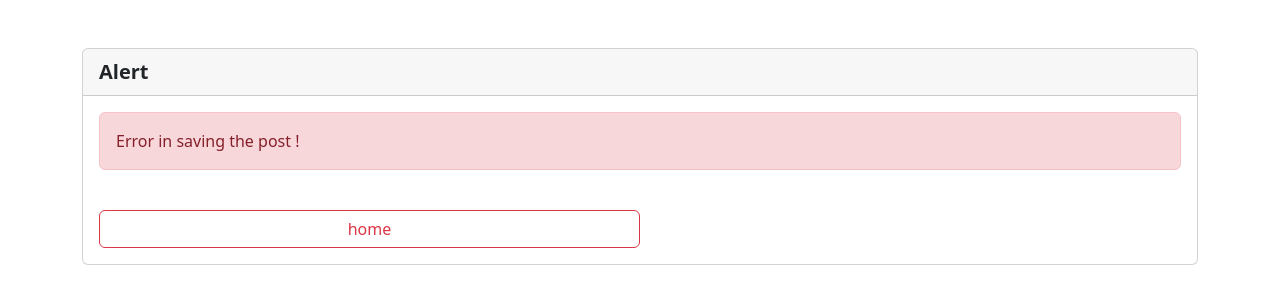
Repository: codewithajaythomas/iNeuron-Assignment
Page: http://localhost/JavaFinalProject-Q17/alert.jsp
These files come from the project's save history. The page is drawn as it stood at one moment and after the next save; the edit follows.
The browser window is 1280 px wide. The pictures show the whole page.
The page is served by Tomcat 9. Other server files are loaded and not shown.

Above is the page before, as saved 2023-05-30 14:51:54.

### JavaFinalProject-Q17/WebContent/alert.jsp
<%@ page language="java" contentType="text/html; charset=ISO-8859-1"
    pageEncoding="ISO-8859-1"%>
<%@ taglib uri="http://java.sun.com/jsp/jstl/core" prefix='c'%>
<!DOCTYPE html>
<html>
<head>
<meta charset="ISO-8859-1">
<title>Alert</title>
<link
      href="https://cdn.jsdelivr.net/npm/bootstrap@5.2.3/dist/css/bootstrap.min.css"
      rel="stylesheet"
      integrity="sha384-rbsA2VBKQhggwzxH7pPCaAqO46MgnOM80zW1RWuH61DGLwZJEdK2Kadq2F9CUG65"
      crossorigin="anonymous"
    />
</head>
<body>
 <div class="container">
      <div class="card mt-5">
        <div class="card-header fw-semibold fs-5">Alert</div>
        <div class="card-body">
        <c:choose>
		    <c:when test="${msg == 'success'}">
		       <div class="alert alert-success" role="alert">
            	 Successfully posted !
          		</div>
		        <br />
		    </c:when>
		    <c:otherwise>
		        <div class="alert alert-danger" role="alert">
            	 Error in saving the post !
          		</div>
		        <br />
		    </c:otherwise>
		</c:choose>

          <a class="btn btn-outline-danger w-50" href="./" role="button">
            home</a
          >
        </div>
      </div>
    </div>
    <script
      src="https://cdn.jsdelivr.net/npm/@popperjs/core@2.11.6/dist/umd/popper.min.js"
      integrity="sha384-oBqDVmMz9ATKxIep9tiCxS/Z9fNfEXiDAYTujMAeBAsjFuCZSmKbSSUnQlmh/jp3"
      crossorigin="anonymous"
    ></script>
    <script
      src="https://cdn.jsdelivr.net/npm/bootstrap@5.2.3/dist/js/bootstrap.min.js"
      integrity="sha384-cuYeSxntonz0PPNlHhBs68uyIAVpIIOZZ5JqeqvYYIcEL727kskC66kF92t6Xl2V"
      crossorigin="anonymous"
    ></script>
  </body>
</body>
</html>

After the next save:
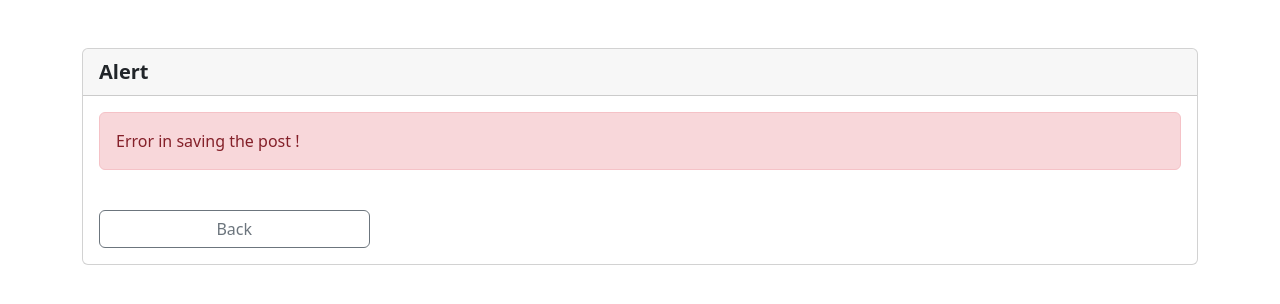
Saved 4 min 19 s later.
--- a/JavaFinalProject-Q17/WebContent/alert.jsp
+++ b/JavaFinalProject-Q17/WebContent/alert.jsp
@@ -32,10 +32,7 @@
 		        <br />
 		    </c:otherwise>
 		</c:choose>
-
-          <a class="btn btn-outline-danger w-50" href="./" role="button">
-            home</a
-          >
+          <a href="../" role="button" class="btn btn-outline-secondary w-25">Back</a>
         </div>
       </div>
     </div>
